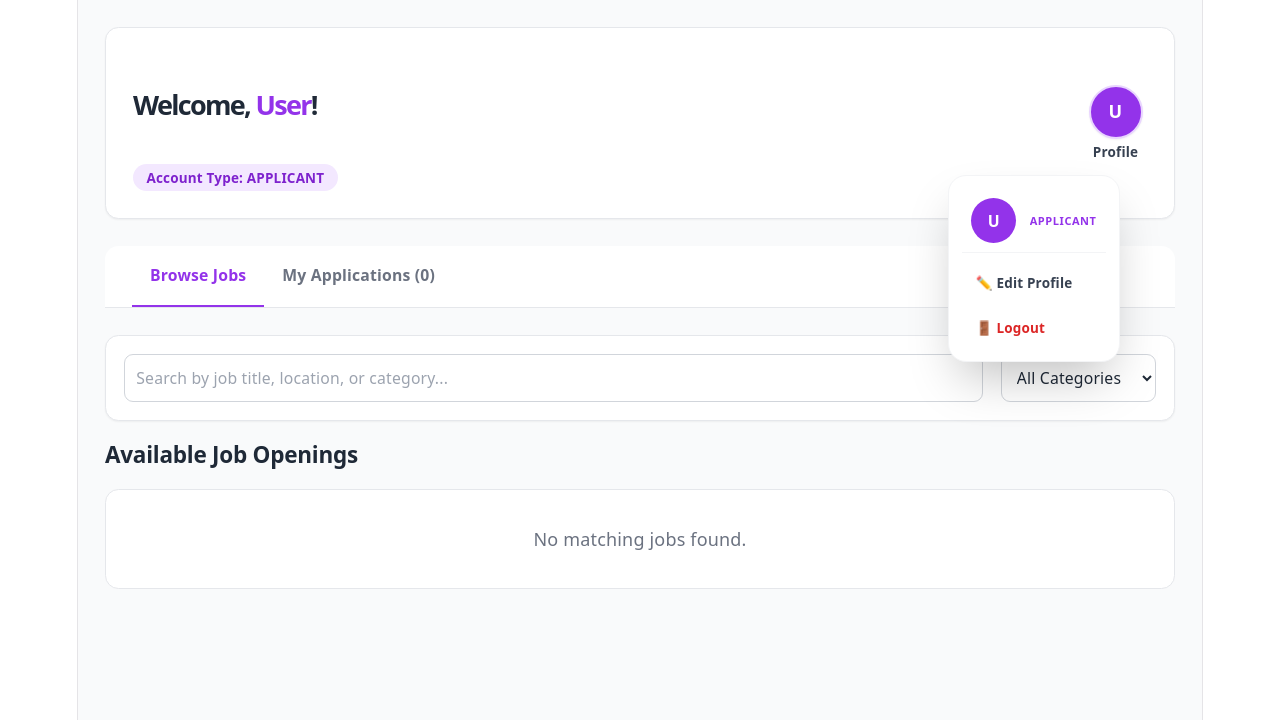
Repository: mdkawsarjomadder/job-portal
Page: /dashboard (app in job-portal/frontend/), after clicking the first element matching `button.flex`
These files come from the project's save history. The page is drawn as it stood at one moment and after the next save; the edit follows.
The browser window is 1280 px wide. The pictures show the whole page.
The page's requests for data from a server got no answer. The project was rebuilt for these pictures with package versions that can differ from the ones it lists, and the page was loaded fresh each time. No one was signed in, and anything a server would have sent is missing. Also part of the build but not shown: job-portal/frontend/vite.config.js, job-portal/frontend/src/pages/Login.jsx, job-portal/frontend/src/pages/Register.jsx, job-portal/frontend/src/pages/EmployerDashboard.jsx, job-portal/frontend/src/pages/MyApplications.jsx, job-portal/frontend/src/pages/CreateJob.jsx, job-portal/frontend/src/pages/Home.jsx. Imported but missing from the stored project, and not drawn on this page: job-portal/frontend/src/pages/Profile.

Above is the page before, as saved 2026-09-18 21:20:42.

After the next save:
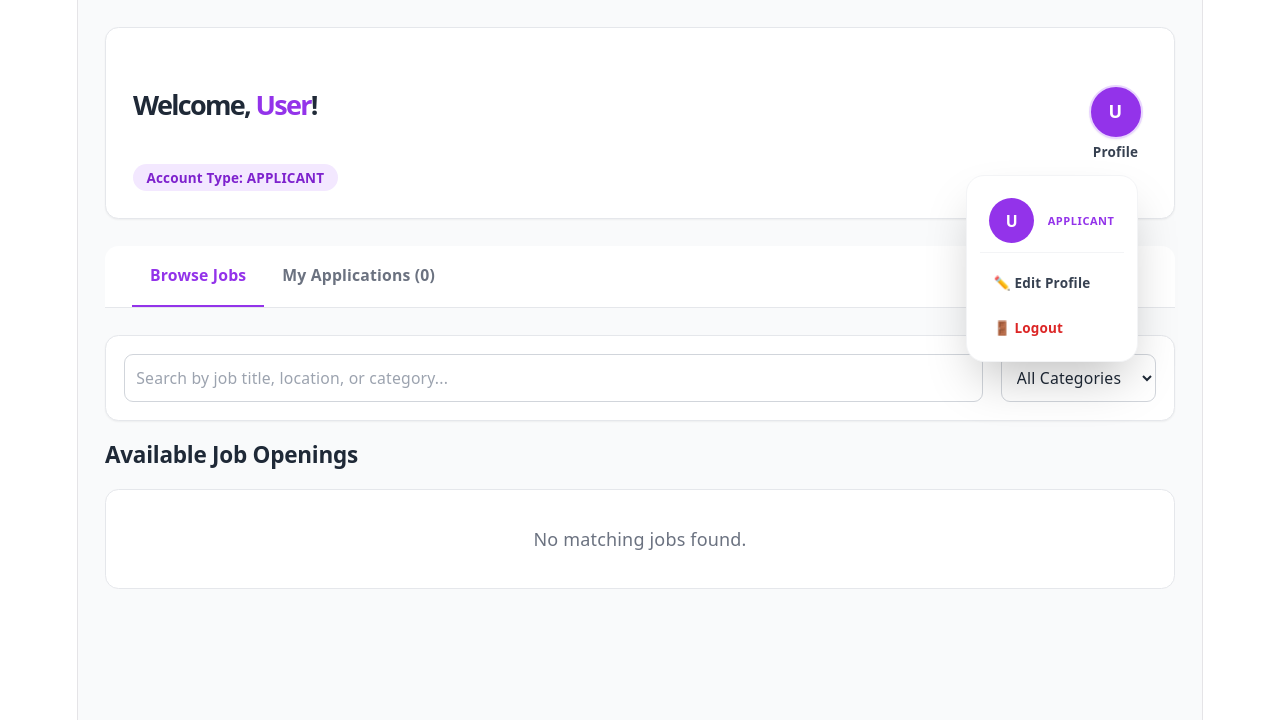
Saved 4 s later.
--- a/job-portal/frontend/src/pages/ApplicantDashboard.jsx
+++ b/job-portal/frontend/src/pages/ApplicantDashboard.jsx
@@ -228,7 +228,7 @@ export default function ApplicantDashboard() {
 
             {/* Dropdown Menu - Position Fixed to Align Correctly */}
             {isDropdownOpen && (
-              <div className="absolute right-6 mt-2 w-50 bg-white rounded-2xl shadow-2xl border border-gray-100 p-3 z-50 transform origin-top-right transition-all">
+              <div className="absolute right-2 mt-2 w-50 bg-white rounded-2xl shadow-2xl border border-gray-100 p-3 z-50 transform origin-top-right transition-all">
                 {/* Header User Details */}
                 <div className="flex items-center gap-3 p-2 border-b border-gray-100 mb-2">
                   <div className="w-10 h-10 rounded-full bg-purple-600 text-white font-bold text-sm flex items-center justify-center overflow-hidden shrink-0">
